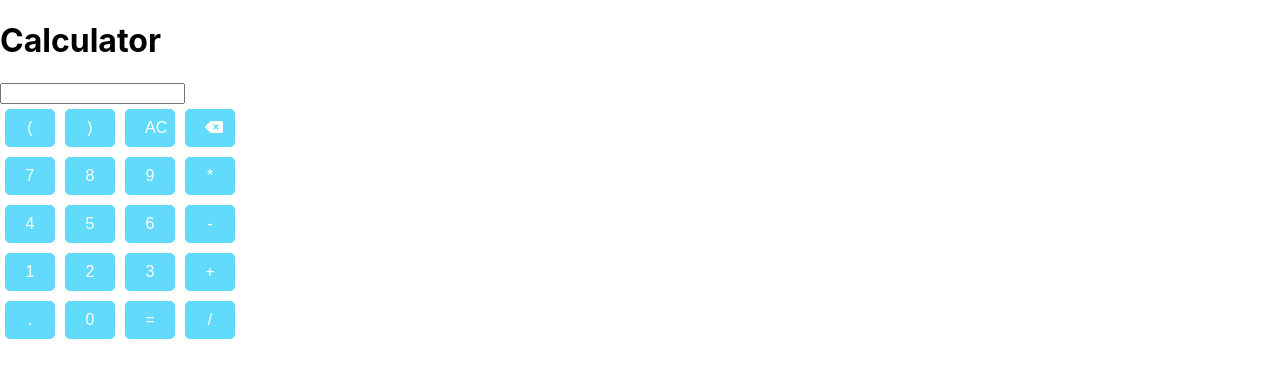
Repository: thesaherriaz/Calculator-React
Page: /
The author's editor kept a copy of each file at every save. The page is drawn from the files as they stood at one save, then again after the next save.
The browser window is 1280 px wide. The pictures show the whole page.
The project was rebuilt for these pictures with package versions that can differ from the ones it lists, and the page was loaded fresh each time.

Above is the page before, as saved 2025-06-18 15:09:21.

### public/index.html
<!DOCTYPE html>
<html lang="en">
  <head>
    <meta charset="utf-8" />
    <link rel="icon" href="%PUBLIC_URL%/favicon.ico" />
    <meta name="viewport" content="width=device-width, initial-scale=1" />
    <meta name="theme-color" content="#000000" />
    <meta
      name="description"
      content="Web site created using create-react-app"
    />
    <link rel="apple-touch-icon" href="%PUBLIC_URL%/logo192.png" />
    <link rel="stylesheet" href="https://cdnjs.cloudflare.com/ajax/libs/font-awesome/6.0.0/css/all.min.css">
    <!--
      manifest.json provides metadata used when your web app is installed on a
      user's mobile device or desktop. See https://developers.google.com/web/fundamentals/web-app-manifest/
    -->
    <link rel="manifest" href="%PUBLIC_URL%/manifest.json" />
    <!--
      Notice the use of %PUBLIC_URL% in the tags above.
      It will be replaced with the URL of the `public` folder during the build.
      Only files inside the `public` folder can be referenced from the HTML.

      Unlike "/favicon.ico" or "favicon.ico", "%PUBLIC_URL%/favicon.ico" will
      work correctly both with client-side routing and a non-root public URL.
      Learn how to configure a non-root public URL by running `npm run build`.
    -->
    <title>React App</title>
  </head>
  <body>
    <noscript>You need to enable JavaScript to run this app.</noscript>
    <div id="root"></div>
    <!--
      This HTML file is a template.
      If you open it directly in the browser, you will see an empty page.

      You can add webfonts, meta tags, or analytics to this file.
      The build step will place the bundled scripts into the <body> tag.

      To begin the development, run `npm start` or `yarn start`.
      To create a production bundle, use `npm run build` or `yarn build`.
    -->
  </body>
</html>

### src/App.js
import React from 'react'
import Calculator from './compnents/Calculator'

function App() {
  return (
    <Calculator />
  )
}

export default App

### src/compnents/Calculator.jsx
import React from 'react'
import './Calculator.css'
function Calculator() {
  return (
    <>
        <div className="Calculator">
            <h1>Calculator</h1>
            <input type="text" name="input" id="input" />
            <div>
                <button className='btn-cal'>(</button>
                <button className='btn-cal'>)</button>
                <button className='btn-cal'>AC</button>
                <button className='btn-cal'><i class="fa-solid fa-delete-left"></i></button> <br />
                <button className='btn-cal'>7</button>
                <button className='btn-cal'>8</button>
                <button className='btn-cal'>9</button>
                <button className='btn-cal'>*</button> <br />
                <button className='btn-cal'>4</button>
                <button className='btn-cal'>5</button>
                <button className='btn-cal'>6</button>
                <button className='btn-cal'>-</button> <br />
                <button className='btn-cal'>1</button>
                <button className='btn-cal'>2</button>
                <button className='btn-cal'>3</button>
                <button className='btn-cal'>+</button> <br />
                <button className='btn-cal'>.</button>
                <button className='btn-cal'>0</button>
                <button className='btn-cal'>=</button>
                <button className='btn-cal'>/</button>
            </div>
        </div>
    </>
  )
}

export default Calculator

### src/compnents/Calculator.css
.btn-cal{
  background-color: #61dafb;
  width: 50px;
  color: white;
  border: none;
  padding: 10px 20px;
  font-size: 16px;
  cursor: pointer;
  border-radius: 5px;
  margin: 5px;
  transition: background-color 0.3s ease;
}

Loaded but not shown: src/index.js (common file); src/index.css (common file); src/reportWebVitals.js (common file)

After the next save:
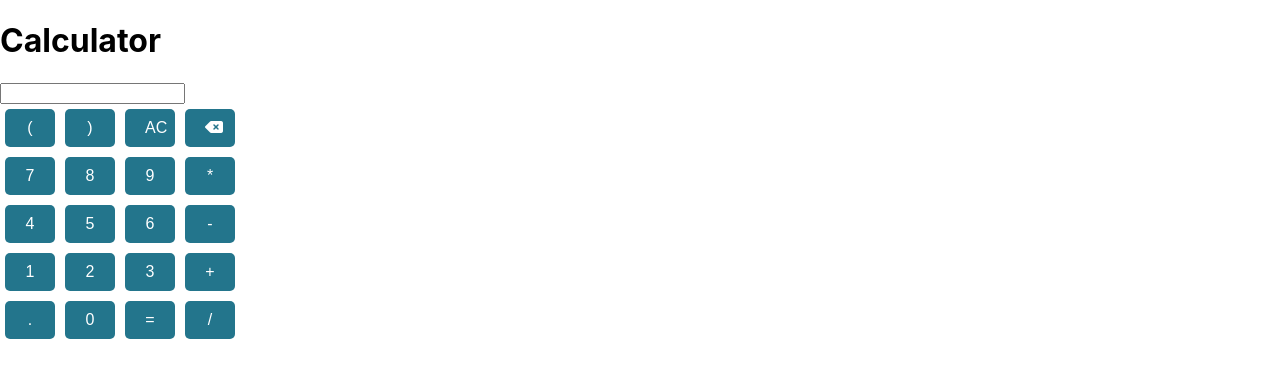
Saved 7 s later.
--- a/src/compnents/Calculator.css
+++ b/src/compnents/Calculator.css
@@ -1,5 +1,5 @@
 .btn-cal{
-  background-color: #61dafb;
+  background-color: #23758c;
   width: 50px;
   color: white;
   border: none;
